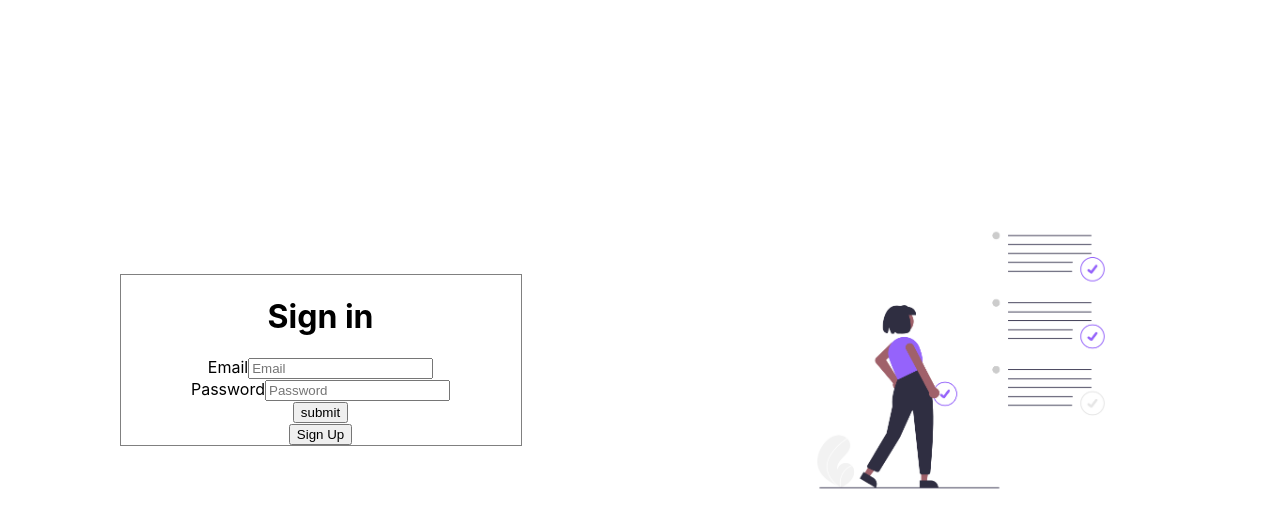
Repository: EEOOOO/wanted-pre-onboarding-fe
Page: / (app in to-do-list-app/)
An editor plug-in stored every save of this project. The page is shown before and after the next save, followed by the edit.
The browser window is 1280 px wide. The pictures show the whole page.
The project was rebuilt for these pictures with package versions that can differ from the ones it lists, and the page was loaded fresh each time. Also part of the build but not shown: to-do-list-app/src/components/sign_in/sign_in.module.css, to-do-list-app/src/components/sign_up/sign_up.module.css, to-do-list-app/src/components/sign_up/sign_up.jsx, to-do-list-app/src/components/todoList/todo_list.jsx.

Above is the page before, as saved 2022-08-22 00:01:58.

### to-do-list-app/public/index.html
<!DOCTYPE html>
<html lang="en">
  <head>
    <meta charset="utf-8" />
    <link rel="icon" href="%PUBLIC_URL%/logo.png" />
    <meta name="viewport" content="width=device-width, initial-scale=1" />
    <meta name="theme-color" content="#000000" />
    <meta
      name="description"
      content="Web site created using create-react-app"
    />
    <link rel="apple-touch-icon" href="%PUBLIC_URL%/logo.png" />
    <link rel="manifest" href="%PUBLIC_URL%/manifest.json" />
    <title>Todo List App</title>
  </head>
  <body>
    <div id="root"></div>
  </body>
</html>

### to-do-list-app/src/App.js
import style from './app.module.css';
import { Routes, Route } from 'react-router-dom'
import Login from './components/login/login';
import TodoList from './components/todoList/todo_list';

function App() {
  return <div className={style.App}>
    <Routes>
      <Route path="/" element={<Login/>}></Route>
      <Route path="todo" element={<TodoList/>}></Route>
    </Routes>
  </div>
}

export default App;

### to-do-list-app/src/components/login/login.jsx
import React, { useState } from 'react';
import SignIn from '../sign_in/sign_in';
import SignUp from '../sign_up/sign_up';
import style from '../login/login.module.css';
import loginImage from '../login/login_img.png';

const Login = (props) => {
    const goTosignUp = () => {
        setViewableScreen(<SignUp/>)
    }
    const signIn = <SignIn goToSignUp={goTosignUp}/>
    let [viewableScreen, setViewableScreen] = useState(signIn);
    return (
        <div className={style.login}>
            <div className={style.inputContainer}>{viewableScreen}</div>
            <img src={loginImage} className={style.coverImage}/>
        </div>
    )
}

export default Login;

### to-do-list-app/src/components/sign_in/sign_in.jsx
import React from 'react';
import LoginInputForm from '../login_input_form/login_input_form';
import style from '../sign_in/sign_in.module.css'

const SignIn = ({goToSignUp}) => {
    const handleSignInSubmit = (event) => {
        //event.preventDefault();
        console.log(event);
    }
    return(
        <div className={style.signIn}>
            <h1>Sign in</h1>
            <LoginInputForm handleSubmit={handleSignInSubmit}/>
            <button className={style.signUp} onClick={goToSignUp}>Sign Up</button>
        </div>
    )
}

export default SignIn;

### to-do-list-app/src/components/login/login.module.css
.login {
  display: flex;
  height: 100vh;
  justify-content: space-around;
  align-items: center;
}
.inputContainer {
  width: 50%;
  border: 1px solid gray;
  min-width: 235px;
  max-width: 400px;
}
.coverImage {
  width: 50%;
  min-width: 235px;
  max-width: 400px;
}

### to-do-list-app/src/components/login_input_form/login_input_form.jsx
import React from 'react';
import style from '../login_input_form/login_input_form.module.css';
const LoginInputForm = ({handleSubmit}) => {
    return (
    <form className={style.inputForm} onSubmit={handleSubmit}>
        <div className={style.email}>
            <label className={style.titleEmail}>Email
                <input
                type="text"
                className={style.inputEmail}
                placeholder='Email'></input>
            </label>
        </div>
        <div className={style.password}>
            <label className={style.titlePassword}>Password
                <input
                type="text"
                className={style.inputPassWord}
                placeholder='Password'></input>
            </label>
        </div>
        <button type="submit" className={style.submitButton}>submit</button>
    </form>
    );
};

export default LoginInputForm;

### to-do-list-app/src/components/login_input_form/login_input_form.module.css
.email,
.password {
  display: flex;
  flex-direction: column;
}

Loaded but not shown: to-do-list-app/src/index.js (common file); to-do-list-app/src/index.css (common file); to-do-list-app/src/reportWebVitals.js (common file); to-do-list-app/src/app.module.css (common file); to-do-list-app/src/components/sign_in/sign_in.module.css (no copy from this time; the picture is the same without it)

After the next save:
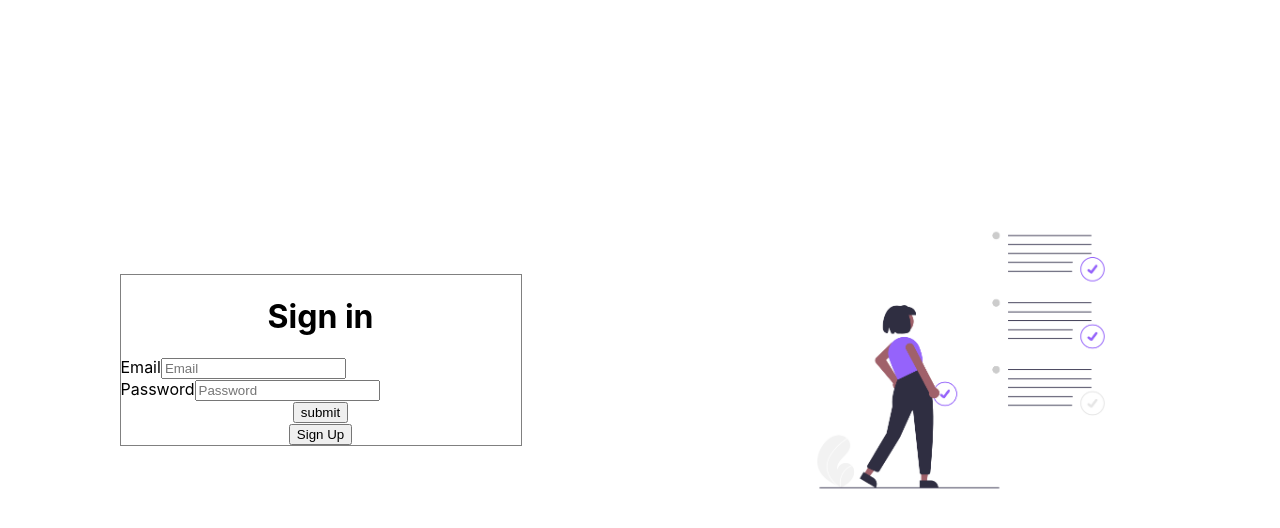
Saved 30 s later.
--- a/to-do-list-app/src/components/login_input_form/login_input_form.module.css
+++ b/to-do-list-app/src/components/login_input_form/login_input_form.module.css
@@ -1,5 +1,5 @@
 .email,
 .password {
   display: flex;
-  flex-direction: column;
+  //flex-direction: column;
 }

After the save that followed:
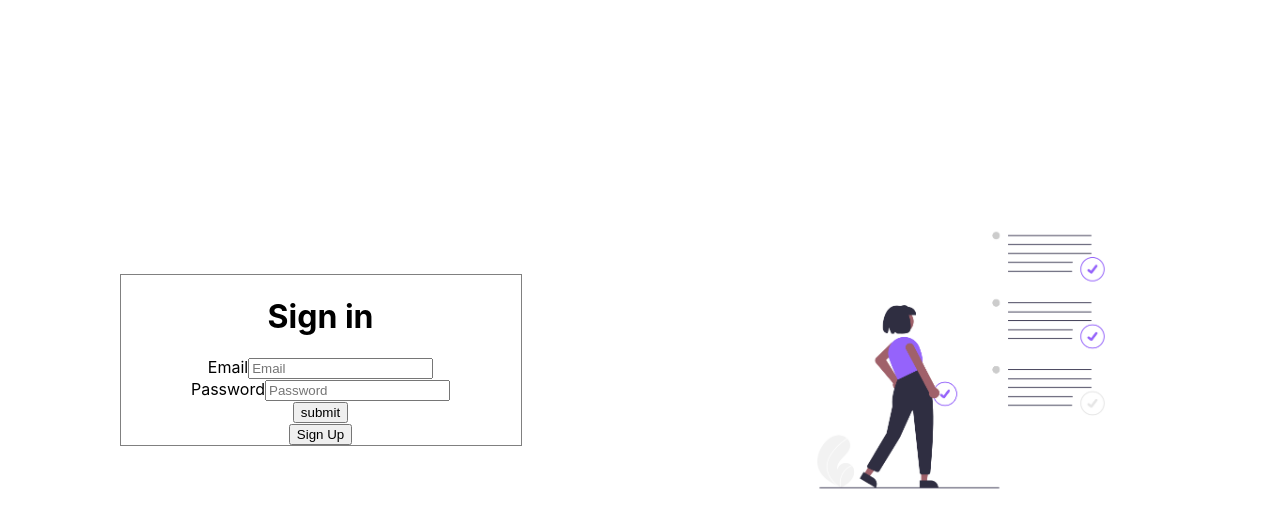
Saved 5 s later.
--- a/to-do-list-app/src/components/login_input_form/login_input_form.module.css
+++ b/to-do-list-app/src/components/login_input_form/login_input_form.module.css
@@ -1,5 +1,5 @@
 .email,
 .password {
   display: flex;
-  //flex-direction: column;
+  flex-direction: column;
 }
